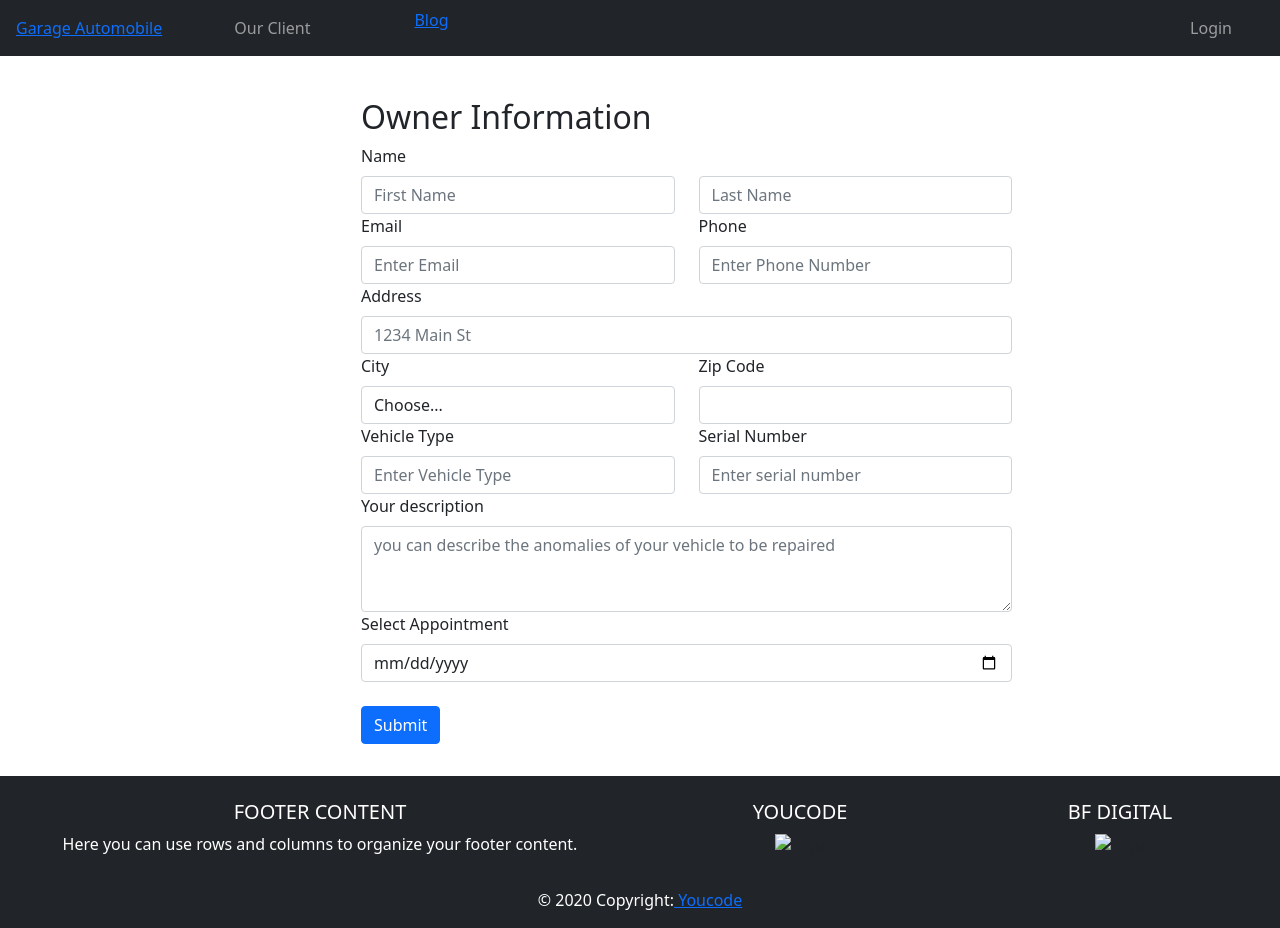
Repository: abdelhak-f/Fil-Rouge
Page: /FormGarage (app in client/)
These files come from the project's save history. The page is drawn as it stood at one moment and after the next save; the edit follows.
The browser window is 1280 px wide. The pictures show the whole page.
The project was rebuilt for these pictures with package versions that can differ from the ones it lists, and the page was loaded fresh each time. Also part of the build but not shown: client/src/components/Text.jsx, client/src/components/forms/FirstFrontForm.jsx, client/src/components/Body.jsx, client/src/components/Blog.jsx.

Above is the page before, as saved 2021-09-09 15:10:52.

After the next save:
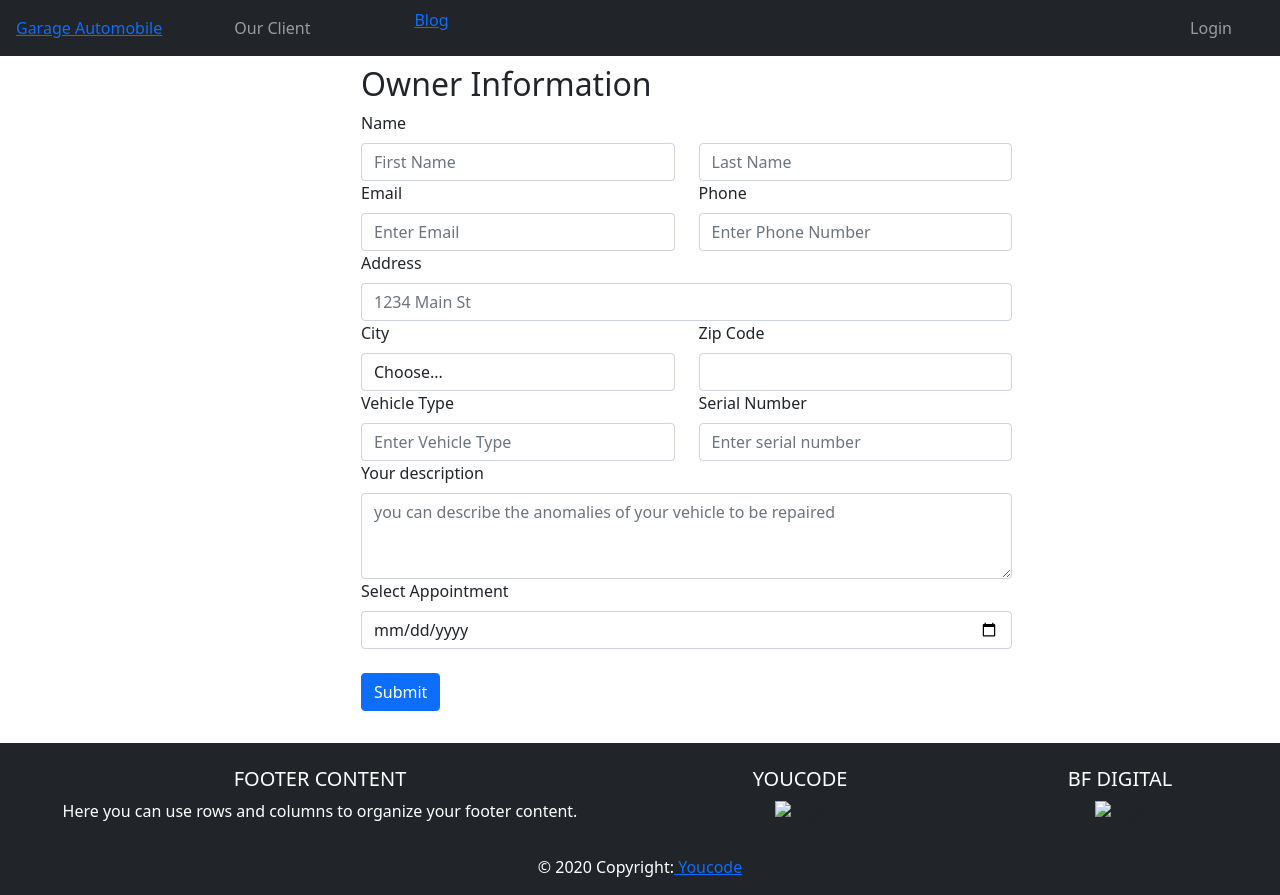
Saved 8 s later.
--- a/client/src/components/css/style.css
+++ b/client/src/components/css/style.css
@@ -5,7 +5,7 @@
   }
 
   .form-inline {
-      margin-top:  15%;
+      margin-top:  10%;
       width: 100%;
       height: 100%;
   }
